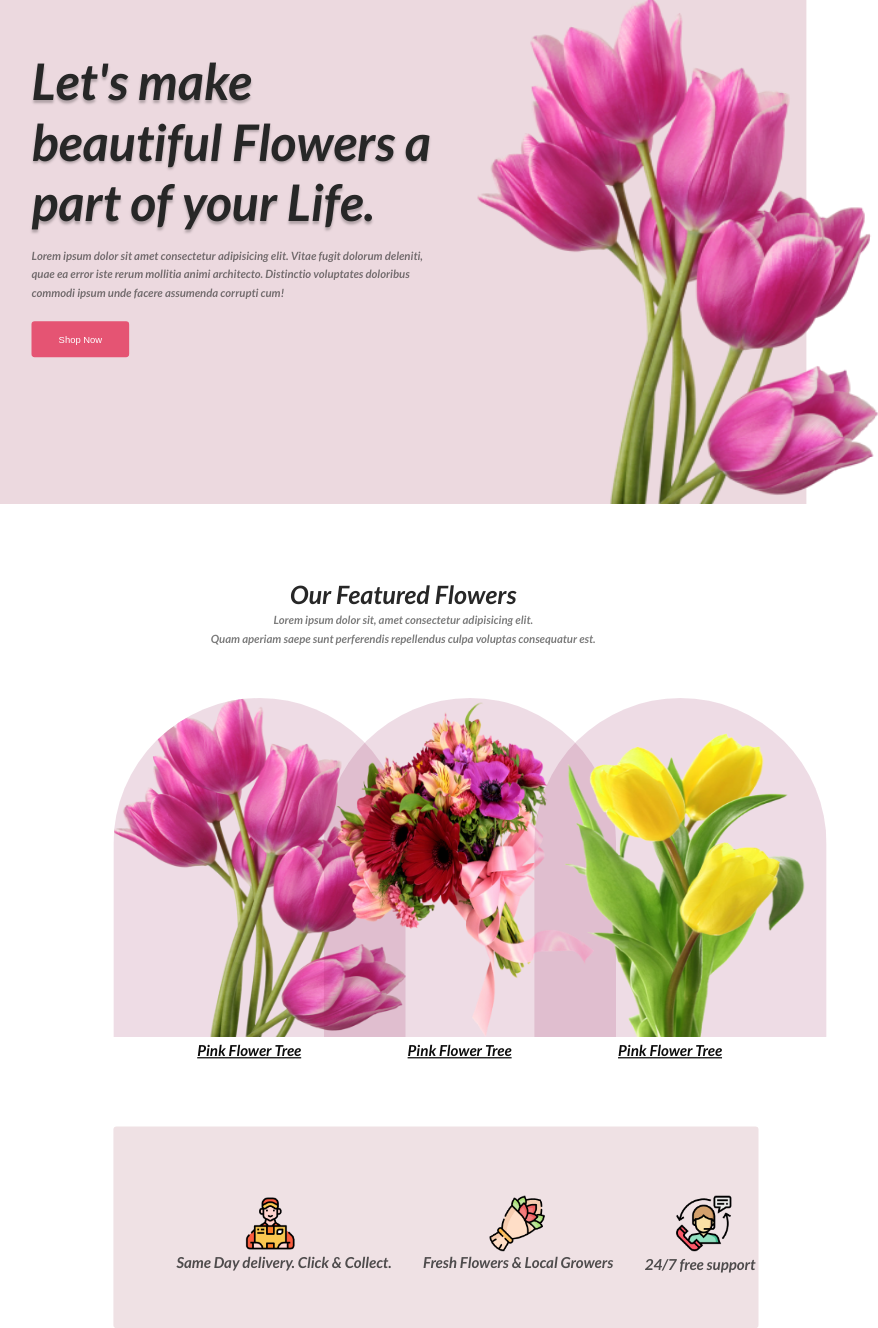
Repository: AnitaAkter/anita-flower-shop
Page: index.html
The author's editor kept a copy of each file at every save. The page is drawn from the files as they stood at one save, then again after the next save.
The browser window is 1280 px wide. The page is 1393 px wide, so the pictures cover 1393 px, including what lies to the right of the window. The pictures show the whole page, at 63% of full size.

Above is the page before, as saved 2023-09-05 22:38:09.

### index.html
<!DOCTYPE html>
<html lang="en">

<head>
    <meta charset="UTF-8">
    <meta http-equiv="X-UA-Compatible" content="IE=edge">
    <meta name="viewport" content="width=device-width, initial-scale=1.0">
    <title>Anita's Flower Shop</title>
    <link rel="preconnect" href="https://fonts.googleapis.com">
    <link rel="preconnect" href="https://fonts.gstatic.com" crossorigin>
    <link href="https://fonts.googleapis.com/css2?family=Lato:ital,wght@1,700&display=swap" rel="stylesheet">
    <link rel="stylesheet" href="style.css">
</head>

<body>
    <div>
        <!-- /* Header -section start */ -->
        <header>
            <div class="header-intro">
                <h1>Let's make <br> beautiful Flowers a <br>part of your Life.</h1>
                <div class="header-p">
                    <p>Lorem ipsum dolor sit amet consectetur adipisicing elit. Vitae fugit dolorum deleniti, quae ea
                        error
                        iste rerum mollitia animi architecto. Distinctio voluptates doloribus commodi ipsum unde facere
                        assumenda corrupti cum!</p>
                </div>
                <button class="header-btn">Shop Now</button>
            </div>
            <div class="header-pic">
                <img src="images/pngwing 6.png" alt="">
            </div>
        </header>
        <!-- /* Header -section end */ -->
        <main>
            <div class="flowers-info">
                <h3>Our Featured Flowers</h3>
                <p>Lorem ipsum dolor sit, amet consectetur adipisicing elit. <br>
                    Quam aperiam saepe sunt perferendis repellendus culpa voluptas consequatur est.
                </p>
            </div>
            <div class="flowers-add">
                <div class="flowers-img">
                    <div class="flowers">
                        <img src="images/pngwing 6.png" alt="">
                        <p> <u>Pink Flower Tree</u> </p>
                    </div>
                    <div class="flowers">
                        <img src="images/pngwing 5.png" alt="">
                        <p><u>Pink Flower Tree</u></p>
                    </div>
                    <div class="flowers">
                        <img src="images/pngwing 7.png" alt="">
                        <p><u>Pink Flower Tree</u></p>
                    </div>

                </div>
            </div>






            <!-- Delivery section start -->
            <div class="delivery">
                <div class="delivery-img">
                    <div class="d-img">
                        <img src="images/Group 57.png" alt="">
                        <p>Same Day delivery. Click & Collect.</p>
                    </div>
                    <div class="d-img">
                        <img src="images/Group 58.png" alt="">
                        <p>Fresh Flowers & Local Growers</p>
                    </div>
                    <div>
                        <img src="images/Group 59.png" alt="">
                        <p>24/7 free support</p>
                    </div>
                </div>
            </div>
            <!-- Delivery section start -->
        </main>

    </div>
</body>

</html>

### style.css
/* Header -section start */

* {
    margin: 0;
    padding: 0;
    box-sizing: border-box;
}

body {
    font-family: 'Lato', sans-serif;
    font-weight: 900;
    width: 100%;
}

header {
    display: flex;
    background-color: hsl(342, 34%, 89%);
    width: 100%;
    height: 800px;
}

.header-intro {
    margin-top: 80px;
    margin-left: 50px;
    width: 708px;
    height: 506px;


}

.header-intro h1 {
    color: #272727;
    text-shadow: 0px 4px 4px rgba(0, 0, 0, 0.25);
    font-family: Lato;
    font-size: 80px;
    font-style: normal;
    font-weight: 800;
    line-height: normal;
    width: 708px;
    height: 310px;


}

.header-p {
    color: rgba(39, 39, 39, 0.60);
    font-family: Lato;
    font-size: 18px;
    font-style: normal;
    font-weight: 400;
    line-height: 30px;
    width: 634px;
    height: 120px;
    gap: 32px;



    /* 166.667% */
}

.header-btn {
    background-color: #E55473;
    border-radius: 5px;
    border: none;
    color: white;
    font-size: 15px;
    display: inline-flex;
    padding: 20px 43px;
    align-items: flex-start;
    gap: 10px;

}

.header-pic {
    width: 635px;
    height: 800px;
    margin-bottom: 0%;
    margin-right: auto;

}


.header-pic img {
    width: 635px;
    height: 800px;
    margin-bottom: 0%;
}

/* Header -section end */


/* flowers info styles */
.flowers-info {
    margin-top: 120px;
}

.flowers-info h3 {
    color: #272727;
    text-align: center;
    font-family: Lato;
    font-size: 40px;
    font-style: normal;
    font-weight: 800;
    line-height: normal;
}

.flowers-info p {
    color: rgba(39, 39, 39, 0.60);
    text-align: center;
    font-family: Lato;
    font-size: 18px;
    font-style: normal;
    font-weight: 400;
    line-height: 30px;
    /* 166.667% */
}


.flowers-add {
    margin-top: 80px;
    align-items: center;
    margin-bottom: 200px;
    margin-left: 180px;
    margin-right: 140px;
    width: 80%;
    height: 480px;



}

.flowers-img {
    display: flex;
    align-items: center;
    gap: 24px;




}

.flowers-img img {
    width: 464px;
    height: 538px;
    display: inline-flex;
    background-image: url('/images/Rectangle\ 3\ \(1\).png');

    border-radius: 300px 300px 0px 0px;
    background: rgba(139, 24, 81, 0.15);

}

.flowers-img p {
    color: rgba(0, 0, 0, 0.951);

    font-family: Lato;
    font-size: 24px;
    font-style: normal;
    font-weight: 600;
    line-height: 35px;
    margin-left: 133px;
}

.flowers {

    width: 310px;
    height: 428px;


}





/* delivery section start */
.delivery {
    margin-top: 100px;
    margin-left: 180px;
    margin-right: 140px;
    background-color: #efe1e4;
    display: flex;
    width: 80%;
    height: 320px;
    border-radius: 5px;
    padding: 30px;
}

.delivery-img p {
    color: rgba(39, 39, 39, 0.80);

    font-family: Lato;
    font-size: 24px;
    font-style: normal;
    font-weight: 600;
    line-height: 35px;
    margin-left: -50px;


}

.delivery-img {
    display: inline-flex;
    margin-top: 80px;
    margin-left: 120px;
    gap: 100px;
    height: 30px;
    align-content: center;
    position: absolute;

}

.d-img img {
    display: grid;
    justify-content: center;
    margin-left: 55px;

}

After the next save:
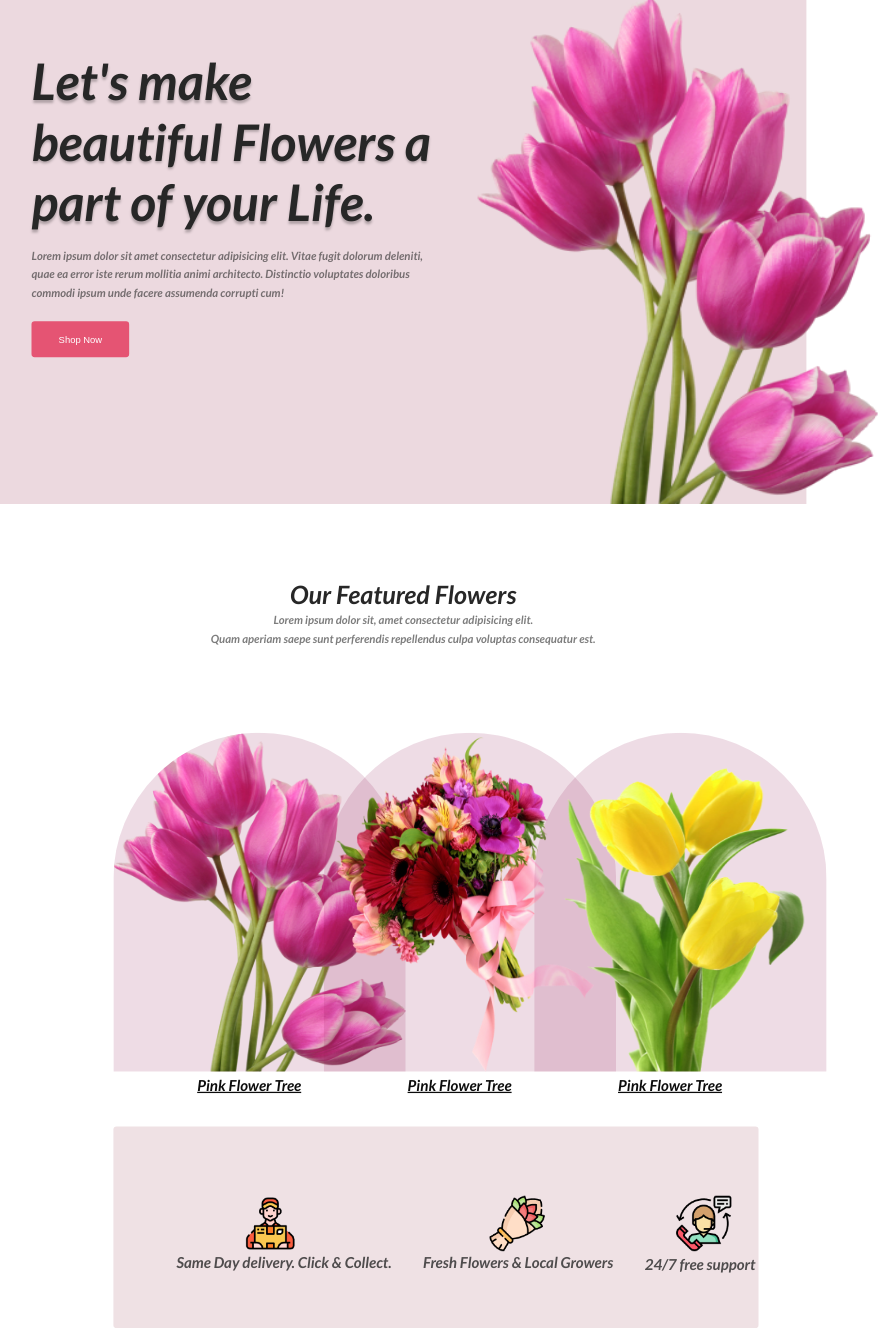
Saved 4 s later.
--- a/style.css
+++ b/style.css
@@ -133,7 +133,8 @@ header {
     display: flex;
     align-items: center;
     gap: 24px;
-
+    width: 464px;
+    height: 538px;
 
 
 
